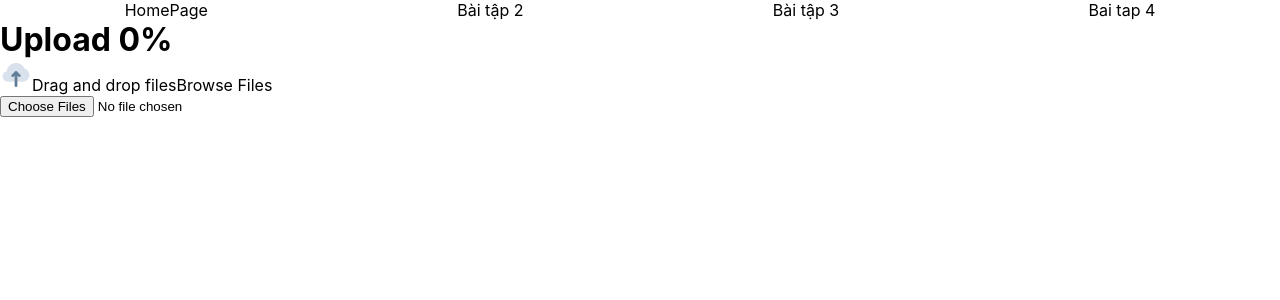
Repository: tungdau93/Training-ReactJS
Page: /bai-tap-3
These files come from the project's save history. The page is drawn as it stood at one moment and after a run of saves; the edit follows.
The browser window is 1280 px wide. The pictures show the whole page.
The project was rebuilt for these pictures with package versions that can differ from the ones it lists, and the page was loaded fresh each time. Also part of the build but not shown: src/App.css, src/hooks/useClickOutside.js, src/Assignments/BaiTap2.jsx, src/Assignments/HomePage.jsx.

Above is the page before, as saved 2022-10-03 10:34:02.

### src/App.js
import { BrowserRouter, Route, Routes } from "react-router-dom";
import "./App.css";
import BaiTap2 from "./Assignments/BaiTap2";
import BaiTap3 from "./Assignments/BaiTap3";
import HomePage from "./Assignments/HomePage";
import Menu from "./Assignments/Menu";

function App() {
  return (
    <BrowserRouter>
      <Menu />
      <Routes>
        <Route path="/" element={<HomePage />} />
        <Route path="/bai-tap-2" element={<BaiTap2 />} />
        <Route path="/bai-tap-3" element={<BaiTap3 />} />
      </Routes>
    </BrowserRouter>
  );
}

export default App;

### src/Assignments/BaiTap3.jsx
import { ref, uploadBytesResumable } from "@firebase/storage";
import React, { useRef, useState } from "react";
import { storage } from "../firebase";
import "../style/_bai-tap-3.scss";

const BaiTap3 = () => {
  const listUploadedRef = useRef();
  const fileUploadedRef = useRef();

  const [files, setFiles] = useState([]);
  const [progress, setProgress] = useState(0);
  const [isSizeValid, setIsSizeValid] = useState(true);
  const [isActive, setIsActive] = useState(true);
  const [isValidNumberOfFiles, setValidNumberOfFiles] = useState(false);

  const RemoveAddFile = [];

  const handleSlide = () => {
    const listUploadedOffsetWidth = listUploadedRef.current?.offsetWidth;
    const listUploadedClientWidth = listUploadedRef.current?.clientWidth;
    const fileUploadedWidth = fileUploadedRef.current?.offsetWidth;
    const removeSpace = listUploadedOffsetWidth - listUploadedClientWidth;
    console.log(removeSpace);

    if (listUploadedRef.current && fileUploadedRef.current) {
      listUploadedRef.current.scrollTo({
        left: fileUploadedWidth,
        behavior: "smooth",
      });
    }
  };
  const handleAddFiles = (event) => {
    setValidNumberOfFiles(false);
    const file = event.target.files[0];

    event.preventDefault();
    const fileArray = event.target.files;
    for (var j = 0; j < fileArray.length; j++) {
      if (fileArray[j].size > 10485760) {
        setIsSizeValid(false);
        setIsActive(false);
        return;
      }
    }
    setIsActive(true);
    setIsSizeValid(true);

    const newFiles = [...files];
    for (let k = 0; k < fileArray.length; k++) {
      newFiles.push(fileArray[k]);
    }
    setFiles(newFiles);
  };

  const uploadFiles = (file) => {
    if (!file) return;
    const storageRef = ref(storage, `/files/${file.name}`);
    const uploadTask = uploadBytesResumable(storageRef, file);
    uploadTask.on(
      "state_changed",
      (snapshot) => {
        const prog = Math.round(
          (snapshot.bytesTransferred / snapshot.totalBytes) * 100
        );
        setProgress(prog);
      },
      (err) => console.log(err)
    );
  };

  const handleUpload = (event) => {
    event.preventDefault();

    const newFilesUpload = [...files];
    if (files.length > 0 && files.length <= 4) {
      for (let i = 0; i < newFilesUpload.length; i++) {
        uploadFiles(newFilesUpload[i]);
        console.log(newFilesUpload[i]);
        setFiles(RemoveAddFile);
      }
    } else {
      setValidNumberOfFiles(true);
      setFiles(RemoveAddFile);
      setIsActive(false);
    }
  };

  const handleClose = (index) => {
    const fileSelected = files.filter((file) => file.index === index);
    // console.log(newFiles);
    const newFiles = [...files];
    newFiles.pop(fileSelected);
    setFiles([...newFiles]);
  };

  return (
    <div className="drag-drop-files-container">
      <h1>Upload {progress}%</h1>
      {/* <img
        onClick={handleSlide}
        src={require("../assets/images/submit-icon.png")}
        alt=""
        className="slide-icon"
      /> */}

      <div className="drag-drop-files">
        <div className="drag-drop">
          <img alt="" src={require("../assets/images/upload-icon.png")} />
          <span>Drag and drop files</span>
          <span>Browse Files</span>
        </div>

        <input
          id="name"
          type="file"
          className="input"
          onChange={handleAddFiles}
          multiple
        />
        {/* <form onSubmit={(event) => handleUpload(event)}>
          <label htmlFor="name" className="drag-and-drop-img">
            <img alt="" src={require("../assets/images/upload-icon.png")} />
          </label>
          <label htmlFor="name" className="drag-and-drop-heading">
            Drag and drop files
          </label>
          <label htmlFor="name" className="drag-and-drop-heading--sub-heading">
            Browse Files
          </label>
          <input
            id="name"
            type="file"
            className="input"
            onChange={handleAddFiles}
            multiple
          />
          <button type="submit" className="submit">
            Upload
          </button>
        </form> */}
      </div>

      {/* {isSizeValid ? (
        <div ref={listUploadedRef} className="show-data--hidden">
          {files &&
            files.map((file, index) => {
              // console.log(file.type);
              return (
                <FileUpload
                  handleClose={() => handleClose(index)}
                  key={index}
                  ref={fileUploadedRef}
                  fileType={file.type}
                  fileName={file.name}
                  fileSize={file.size}
                />
              );
            })}
        </div>
      ) : (
        <span className="maximum-files-size">
          The maximum file size is 10MB
        </span>
      )} */}

      {/* {isValidNumberOfFiles ? (
        <span className="maximum-files-length">
          Maximum length of files is 4
        </span>
      ) : null} */}
    </div>
  );
};

export default BaiTap3;

### src/Assignments/Menu.jsx
  import React from "react";
import { useNavigate } from "react-router-dom";

const styleHomePage={
        display:'flex',
        justifyContent: 'center',
}

const styleUl = {
    display: 'flex',
    justifyContent: 'space-around',
    // ListStyle:"none"
}
const handleMouseOver =(e)=>{
    e.target.style.color = '#DC143C'
}
const handleMouseOut =(e)=>{
    e.target.style.color = '#000'
}

const Menu = () => {
  const navigate = useNavigate();

  const redirectPage = (url) => {
    navigate(url);
  };

  return (
    <div>
      <ul style={styleUl}>
        <li style={{listStyleType:'none'}} onMouseOver={handleMouseOver} onMouseOut={handleMouseOut} onClick={() => redirectPage("/")}>
          <div style={styleHomePage}>HomePage</div>
        </li>
        <li style={{listStyleType:'none'}}  onMouseOver={handleMouseOver} onMouseOut={handleMouseOut} onClick={() => redirectPage("/bai-tap-2")}>
          <div >Bài tập 2</div>
        </li>
        <li style={{listStyleType:'none'}} onMouseOver={handleMouseOver} onMouseOut={handleMouseOut} onClick={() => redirectPage("/bai-tap-3")}>
          <div >Bài tập 3</div>
        </li>
        <li style={{listStyleType:'none'}} onMouseOver={handleMouseOver} onMouseOut={handleMouseOut} onClick={() => redirectPage("/bai-tap-4")}>
          <div >Bai tap 4

          </div>
        </li>
      </ul>
    </div>
  );
};

export default Menu;

### src/style/_bai-tap-2.scss
*{
    padding: 0;
    margin:0;
}
.app {
    background-color:#1E1E1E;
    #title {
        top:-976px;
        left:-1124px;
        color:#a0a0a0;
        width: 2227px;
        height:1933px;
        &:hover{
            color:#99CCFF;
            opacity:.6;
    }
    }
    .app__container{
        width: 2227px; ;
        height: 1933px;
        background-color:#F8F8F8;
        position:relative;
        .app__container--heading{
            display: flex;
            flex-direction: row;
            align-items: center;
            padding: 50px 99px 50px 56px;
            gap: 10px;
            display:block;

            position: absolute;
            width: 2227px;
            height: 140px;
            left: 0px;
            top: 0px;
            background-color:#333333;
            .app__container--heading-name{
                display: flex;
                flex-direction: row;
                align-items: center;
                padding: 0px;
                gap: 30px;

                width: 323px;
                height: 56px;


                /* Inside auto layout */

                flex: none;
                order: 0;
                flex-grow: 0;
                .app__container--heading-name--japanese{
                    width: 144px;
                    height: 56px;

                    font-family: 'Roboto';
                    font-style: normal;
                    font-weight: 700;
                    font-size: 48px;
                    line-height: 56px;




                /* White */

                    color: #FFFFFF;


                /* Inside auto layout */

                    flex: none;
                    order: 0;
                    flex-grow: 0;

                }
                .app__container--heading-name--english{
                    width: 149px;
                height: 38px;

                font-family: 'Roboto';
                font-style: normal;
                font-weight: 400;
                font-size: 32px;
                line-height: 38px;
                /* identical to box height */


                /* White */

                color: #FFFFFF;


                /* Inside auto layout */

                flex: none;
                order: 1;
                flex-grow: 0;
                }
            }
        }
        .app__container--input-wrapper{
    position: relative;
    display: flex;
    flex-direction: column;
    align-items: flex-start;
    padding: 0px;

    position: absolute;
    width: 400px;
    height: 46px;
    left: 379px;
    top: 308px;
    .app__container--input-wrapper--input{
        box-sizing: border-box;

    /* Auto layout */


    display: flex;
    flex-direction: row;
    align-items: center;
    padding: 8px 10px;
    gap: 4px;

    width: 400px;
    height: 49px;

    background: rgba(230, 249, 255, 0.2);
    /* Black / 04 */

    border: 1px solid #DBDBDB;
    border-radius: 4px;

    /* Inside auto layout */

    flex: none;
    order: 0;
    align-self: stretch;
    flex-grow: 0;



            }

     .fa-thin{
    position: absolute;
            }
    .app__container--input-wrapper--dropdown-list{
display: flex;

display:none;
// flex-direction: column;
// align-items: flex-start;
position: absolute;
width: 400px;
height: 128px;
left: 0;
top: 49px;
// background-color: yellow;

filter: drop-shadow(0px 1px 8px rgba(102, 102, 102, 0.25));
border-radius: 4px;
        .app__container--input-wrapper--dropdown-list--item1{
            position: absolute;
            width: 100%;
            height: 49px;
            background: rgba(230, 249, 255, 0.2);
            border-radius: 4px;
            display:block

        }
        .app__container--input-wrapper--dropdown-list--item2{
            position: absolute;
            width: 100%;
            height: 49px;
            border-radius: 4px;
            background: rgba(230, 249, 255, 0.2);
            top: 49px;
            display:block


        }
        .app__container--input-wrapper--dropdown-list--item3{
            position: absolute;
            width: 100%;
            height: 49px;
            border-radius: 4px;
            background: rgba(230, 249, 255, 0.2);
            top:98px;
            display:block


        }

    }
}


    }
}

### src/firebase.js
import { initializeApp } from "firebase/app";
import { getStorage } from "firebase/storage";

const firebaseConfig = {
    apiKey: "AIzaSyBDyCwxOmrur5hog0XVVwqIkyzdGhH8h4w",
    authDomain: "fir-upload-d710f.firebaseapp.com",
    projectId: "fir-upload-d710f",
    storageBucket: "fir-upload-d710f.appspot.com",
    messagingSenderId: "230877422747",
    appId: "1:230877422747:web:8e36d237d55b89ca5f923e",
    measurementId: "G-Q111WB6C29"
  };

  export const app = initializeApp(firebaseConfig);
  export const storage = getStorage(app);

### src/style/_bai-tap-3.scss

//   .slide-icon {
//     top: 560px;
//     left: 1398px;
//     width: 40px;
//     height: 38px;
//     border-radius: 50%;
//     border: solid #fff;
//     &:hover {
//       border: #107ce0 solid 3px;
//     }
//   }
//   .drag-and-drop {
//     display: flex;
//     justify-content: center;
//     width: 842px;
//     height: 232px;
//     left: 579px;
//     // right: 79.24%;
//     top: 249px;
//     background: #f8f8f8;
//     border: 1px solid #dcdcdc;
//     border-radius: 7px;
//     z-index: 1;
//     .drag-and-drop-img {
//       top: 45px;
//       left: 381px;
//       display: flex;
//       position: absolute;
//       min-width: 70px;
//       min-height: 70px;

//       justify-content: center;
//       align-items: center;
//     }
//     .drag-and-drop-heading {
//       top: 113px;
//       left: 342px;
//       display: flex;
//       position: absolute;
//       min-width: 100px;
//       align-items: center;
//       justify-content: center;
//       font-family: "Noto Sans";
//       font-style: normal;
//       font-weight: 700;
//       font-size: 18px;
//       line-height: 22px;
//       color: #333333;
//     }
//     .drag-and-drop-heading--sub-heading {
//       top: 137px;
//       left: 373px;
//       position: absolute;
//       min-width: 50px;
//       align-items: center;
//       justify-content: center;
//       font-family: "Noto Sans";
//       font-style: normal;
//       font-size: 18px;
//       line-height: 22px;
//       color: #333333;
//       text-decoration: underline;
//     }
//     &:hover {
//       border: 1px solid #107ce0;
//     }
//     .input {
//       width: 842px;
//       height: 232px;
//       position: absolute;
//       // right: 79.24%;
//       background: #f8f8f8;
//       // border: 1px solid #dcdcdc;
//       border-radius: 7px;
//       z-index: -1;
//       color: transparent;

//       &::-webkit-file-upload-button {
//         display: none;
//       }
//     }
//     .submit {
//       position: absolute;
//       top: 360px;
//       left: 359px;
//       width: 113px;
//       height: 43px;
//       border-radius: 3px;
//       z-index: -1;
//       border: none;
//       &:hover {
//         border: 1px solid #107ce0;
//       }
//     }
//     .submit-img {
//       position: absolute;
//       top: 261px;
//       left: 825px;
//       width: 32px;
//       height: 32px;
//       border-radius: 50%;
//       z-index: 1;
//     }
//     .drag-and-drop--upload-icon {
//       position: absolute;
//       height: 18.67px;
//       width: 26.67px;
//       top: 64px;
//       left: 397.67px;
//       right: 417.67px;
//       z-index: 1;
//     }

//   }

//   .drag-and-drop--alert {
//     width: 842px;
//     height: 232px;
//     position: relative;
//     left: 579px;
//     // right: 79.24%;
//     top: 249px;
//     background: #f8f8f8;
//     border: 1px solid  #ED5D5D;
//     border-radius: 7px;
//     z-index: 1;
//     .drag-and-drop-img {
//       top: 45px;
//       left: 381px;
//       display: flex;
//       position: absolute;
//       min-width: 70px;
//       min-height: 70px;

//       justify-content: center;
//       align-items: center;
//     }
//     .drag-and-drop-heading {
//       top: 113px;
//       left: 342px;
//       display: flex;
//       position: absolute;
//       min-width: 100px;
//       align-items: center;
//       justify-content: center;
//       font-family: "Noto Sans";
//       font-style: normal;
//       font-weight: 700;
//       font-size: 18px;
//       line-height: 22px;
//       color: #333333;
//     }
//     .drag-and-drop-heading--sub-heading {
//       top: 137px;
//       left: 373px;
//       position: absolute;
//       min-width: 50px;
//       align-items: center;
//       justify-content: center;
//       font-family: "Noto Sans";
//       font-style: normal;
//       font-size: 18px;
//       line-height: 22px;
//       color: #333333;
//       text-decoration: underline;
//     }
//     &:hover {
//       border: 1px solid #107ce0;
//     }
//     .input {
//       width: 842px;
//       height: 232px;
//       position: absolute;
//       // right: 79.24%;
//       background: #f8f8f8;
//       // border: 1px solid #dcdcdc;
//       border-radius: 7px;
//       z-index: -1;
//       color: transparent;

//       &::-webkit-file-upload-button {
//         display: none;
//       }
//     }
//     .submit {
//       position: absolute;
//       top: 360px;
//       left: 359px;
//       width: 113px;
//       height: 43px;
//       border-radius: 3px;
//       z-index: -1;
//       border: none;
//       &:hover {
//         border: 1px solid #107ce0;
//       }
//     }
//     .submit-img {
//       position: absolute;
//       top: 261px;
//       left: 825px;
//       width: 32px;
//       height: 32px;
//       border-radius: 50%;
//       z-index: 1;
//     }
//     .drag-and-drop--upload-icon {
//       position: absolute;
//       height: 18.67px;
//       width: 26.67px;
//       top: 64px;
//       left: 397.67px;
//       right: 417.67px;
//       z-index: 1;
//     }


//   }

//   .invalid {
//     position: absolute;
//     top: 93px;
//     left: 32px;
//     width: 24px;
//     height: 32px;
//     background-color: rgba(255, 0, 0, 0.5);
//     border: solid 0.5px rgb(153, 167, 181);
//     border-radius: 3px;
//   }

// .maximum-files-length{
//     color: #ED5D5D;
//     top: 169px;
//     position: relative;
//     left: 581px;
// }

// .maximum-files-size{
//   color: #ED5D5D;
//   top: 278px;
//   position: relative;
//   left: 581px;
// }

.drag-drop-files-container {

}

Loaded but not shown: public/index.html (common file); src/index.js (common file); src/index.css (common file); src/reportWebVitals.js (common file)

After the next 2 saves:
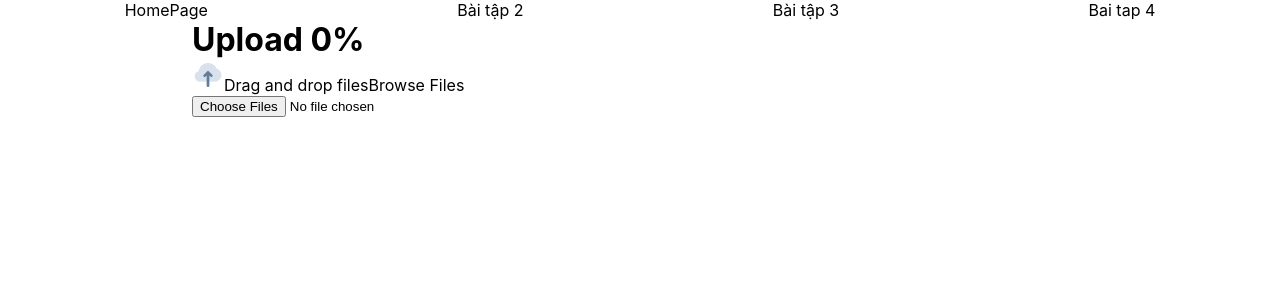
The 2 saves are shown as one change because they came seconds apart.
The last was saved 24 s later.
--- a/src/style/_bai-tap-3.scss
+++ b/src/style/_bai-tap-3.scss
@@ -244,5 +244,6 @@
 // }
 
 .drag-drop-files-container {
-
+  width: 70%;
+  margin: auto;
 }
